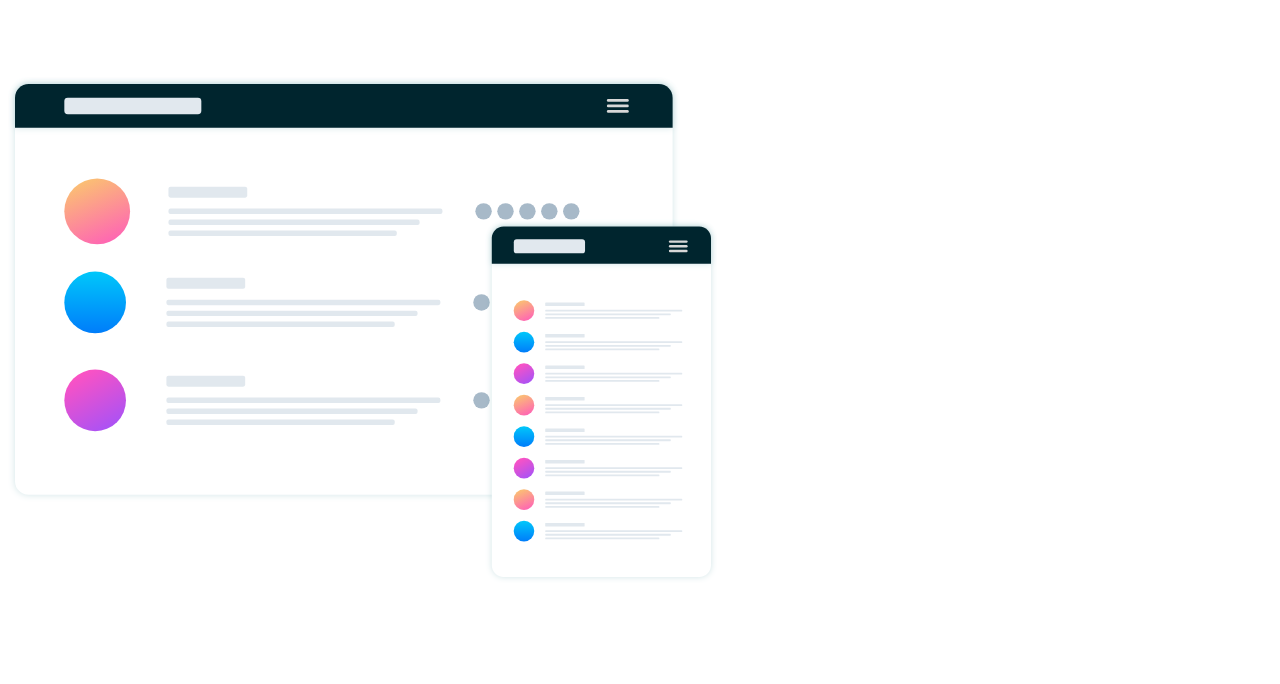
Repository: caique2512/Huddle
Page: index.html
These files come from the project's save history. The page is drawn as it stood at one moment and after a run of saves; the edit follows.
The browser window is 1280 px wide. The pictures show the whole page.

Above is the page before, as saved 2026-02-27 17:12:41.

### index.html
<!DOCTYPE html>
<html lang="pt-br">
<head>
    <meta charset="UTF-8">
    <meta name="viewport" content="width=device-width, initial-scale=1.0">
    <title>Huddle</title>
</head>
<body>
    <header class="logo">
        <img src="./images/logo.svg" alt="Logo Huddle">
    </header>
    <main>
        <img src="./images/illustration-mockups.svg" alt="Illustracion">
        <h1></h1>
    </main>
</body>
</html>

After the next 2 saves:
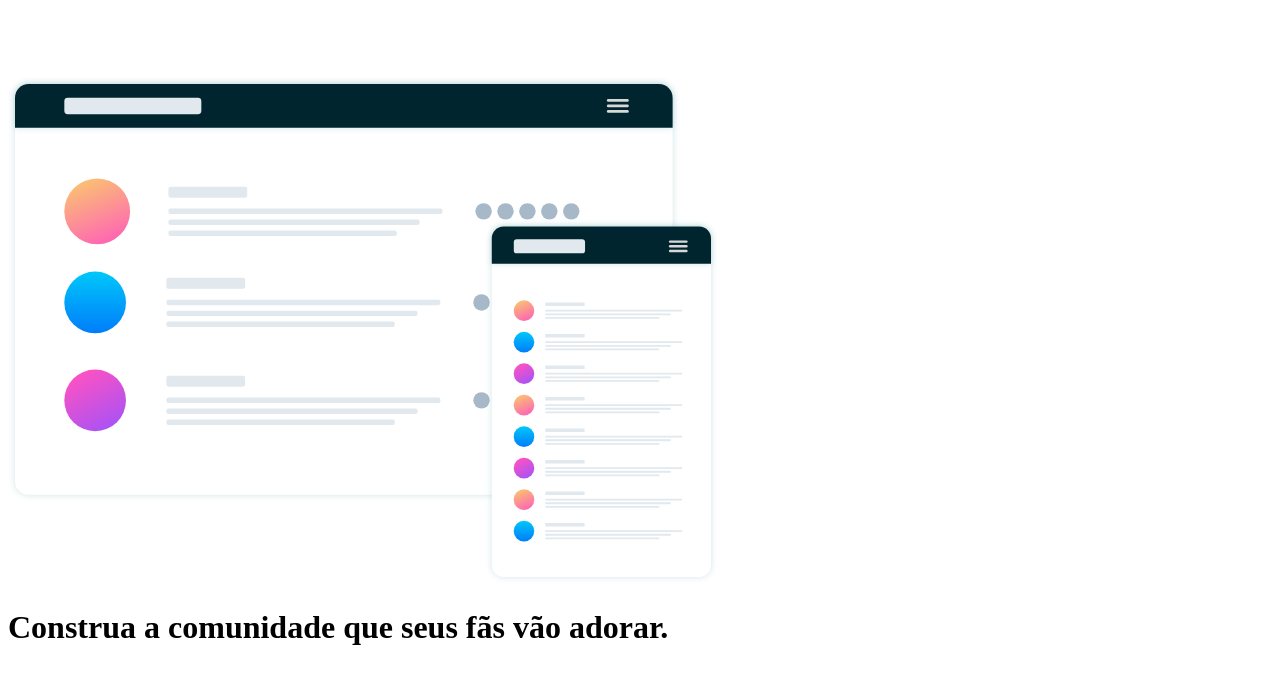
The 2 saves are shown as one change because they came seconds apart.
The last was saved 112 s later.
--- a/index.html
+++ b/index.html
@@ -11,7 +11,8 @@
     </header>
     <main>
         <img src="./images/illustration-mockups.svg" alt="Illustracion">
-        <h1></h1>
+        <h1>Construa a comunidade que seus fãs vão adorar.</h1>
+        <p></p>
     </main>
 </body>
 </html>
